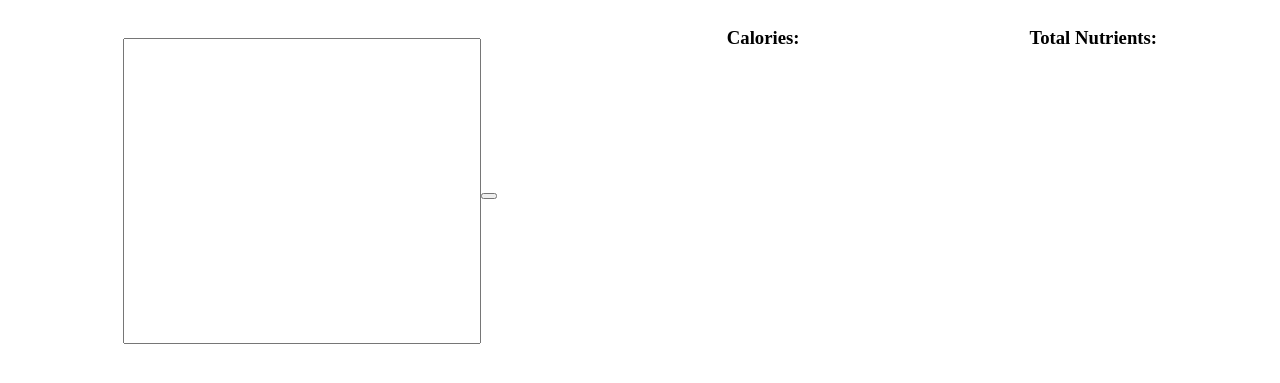
Repository: asya-aisa/nutrition-app
Page: /
These files come from the project's save history. The page is drawn as it stood at one moment and after the next save; the edit follows.
The browser window is 1280 px wide. The pictures show the whole page.
The page's requests for data from a server got no answer. The project was rebuilt for these pictures with package versions that can differ from the ones it lists, and the page was loaded fresh each time. No one was signed in, and anything a server would have sent is missing. Also part of the build but not shown: src/MyComponent.js.

Above is the page before, as saved 2023-09-18 15:44:48.

### src/App.js

import { useEffect, useState } from 'react';
import './App.css';
import MyComponent from './MyComponent';

function App() {

  const [userText, setUserText] = useState({
    ingr: ["1 apple", "2 banana"]
  })
  const [nutrientsArray, setNutrientsArray] = useState([])
  const [caloriesState, setCaloriesState] = useState('')

  const arrayTest = {
    ingr: ["1 apple", "2 banana"]
  }

  const textArraytest = JSON.stringify(arrayTest)

  console.log(textArraytest)

  console.log(arrayTest)

  useEffect(() => {
    const getNutrients = async () => {

      const bodyText = {
        "ingr": [
          "1 tomato", "2 avocado"
        ]
      }
      const response = await fetch('https://api.edamam.com/api/nutrition-details?app_id=bce19124&app_key=%20d13039e09e0cad1255cc69b09c620945%09', {
        method: 'POST',
        headers: {
          'Content-Type': 'application/json;charset=utf-8'
        },
        body: JSON.stringify(bodyText)
      })
      const data = await response.json()
      setCaloriesState(data.calories)

      console.log(Object.values(data.totalNutrients))
      setNutrientsArray(Object.values(data.totalNutrients))
    }
    getNutrients()
  }, [])

  const handleInput = (e) => {

    console.log(e.target.value.split(','))
    setUserText({ingr: e.target.value.split(',')})
  }

  console.log(userText)
  return (
    <div className="App">

      <form>
        <input type='text' onChange={handleInput} />
        <button></button>
      </form>
      <h3>Calories: {caloriesState}</h3>

      <div>
        <h3>Total Nutrients:</h3>
        {nutrientsArray.map((elem, index) => (
        <MyComponent
        key={index}
        label={elem.label}
        quantity={elem.quantity.toFixed()}
        unit={elem.unit}/>

        ))}
      </div>

    </div>
  );
}

export default App;

### src/App.css
.App {
  display: flex;
  justify-content: space-around;
}
ul, li {
  list-style: none;
  margin: 3px;
  padding: 0px;
}
input {
  margin-top: 30px;
  width: 350px;
  height: 300px;
}

Loaded but not shown: public/index.html (common file); src/index.js (common file); src/reportWebVitals.js (common file)

After the next save:
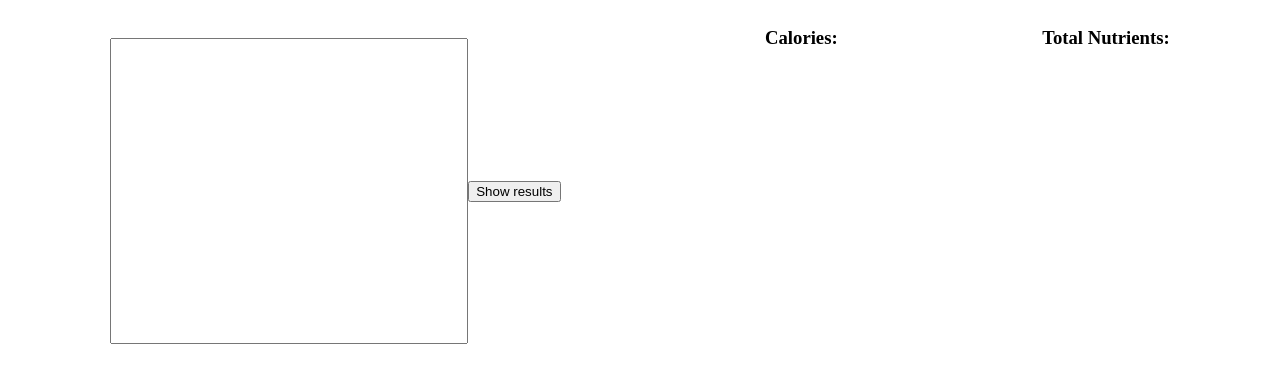
Saved 7 s later.
--- a/src/App.js
+++ b/src/App.js
@@ -57,7 +57,7 @@ function App() {
 
       <form>
         <input type='text' onChange={handleInput} />
-        <button></button>
+        <button>Show results</button>
       </form>
       <h3>Calories: {caloriesState}</h3>
 
